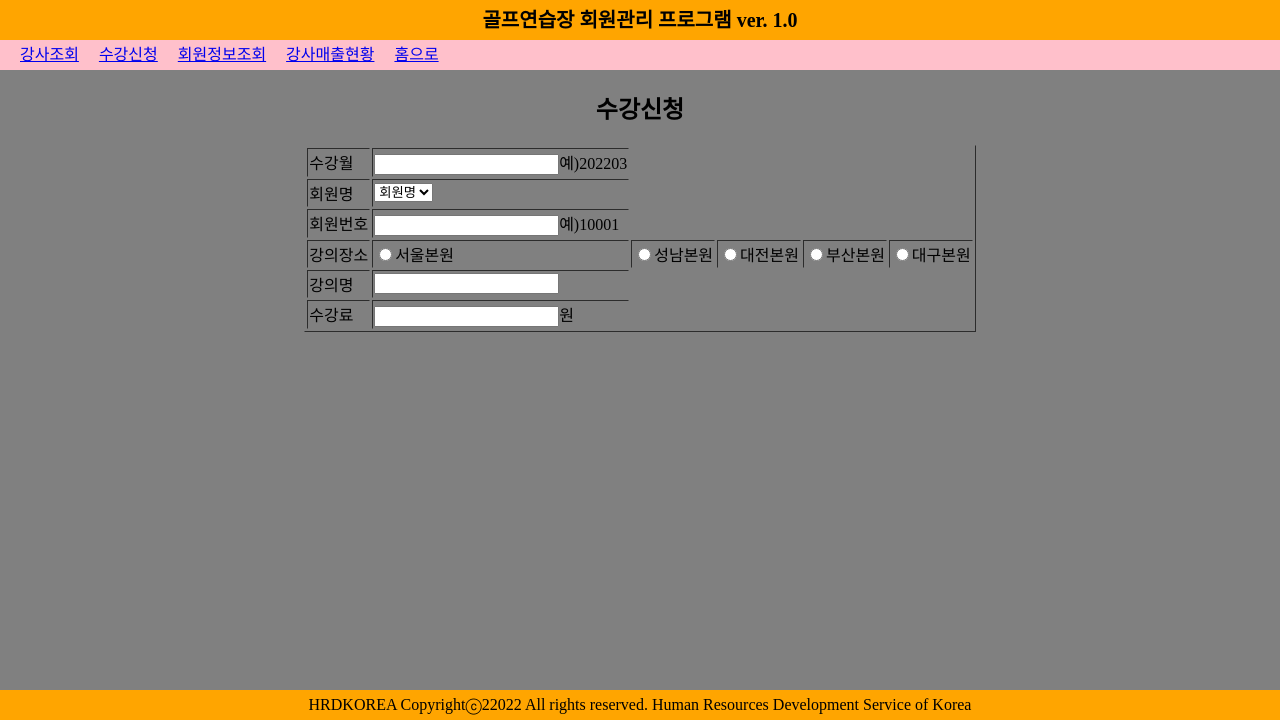
Repository: leesuyeon116/HRD_3
Page: http://localhost/HRD_0505/insert.jsp
The author's editor kept a copy of each file at every save. The page is drawn from the files as they stood at one save, then again after the next save.
The browser window is 1280 px wide. The pictures show the whole page.
The page is served by Tomcat 9.

Above is the page before, as saved 2024-05-05 09:37:02.

### workspace/HRD_0505/src/main/webapp/insert.jsp
<%@ page language="java" contentType="text/html; charset=UTF-8"
    pageEncoding="UTF-8"%>
<!DOCTYPE html>
<html>
<head>
<meta charset="UTF-8">
<title>insert</title>
</head>
<body>
<jsp:include page="header.jsp"></jsp:include>
<section style="position: fixed; top: 70px; left: 0px; width: 100%; height: 100%; background-color: gray">
<h2 style="text-align: center">수강신청</h2>
	<form style="display: flex; align-items: center; justify-content: center">
		<table border="1">
			<tr>
				<td>수강월</td>
				<td><input type="text" name="regist_month">예)202203</td>
			</tr>

			<tr>
				<td>회원명</td>
					<td>
						<select name="c_name">
							<option value="">회원명</option>
							<option value="1">홍길동</option>
							<option value="2">장발장</option>
							<option value="3">임꺽정</option>
							<option value="4">성춘향</option>
							<option value="5">이몽룡</option>
						</select>
					</td>
			</tr>

			<tr>
				<td>회원번호</td>
				<td><input type="text" name="c_no">예)10001</td>
			</tr>

			<tr>
				<td>강의장소</td>
					<td><input type="radio" name="class_area" value="1">서울본원</td>
					<td><input type="radio" name="class_area" value="2">성남본원</td>
					<td><input type="radio" name="class_area" value="3">대전본원</td>
					<td><input type="radio" name="class_area" value="4">부산본원</td>
					<td><input type="radio" name="class_area" value="5">대구본원</td>
			</tr>

			<tr>
				<td>강의명</td>
				<td><input type="text" name="class_name"></td>
			</tr>

			<tr>
				<td>수강료</td>
				<td><input type="text" name="class_price">원</td>
			</tr>

		</table>
	</form>

</section>

<jsp:include page="footer.jsp"></jsp:include>
</body>
</html>

### workspace/HRD_0505/src/main/webapp/header.jsp
<%@ page language="java" contentType="text/html; charset=UTF-8"
    pageEncoding="UTF-8"%>
<!DOCTYPE html>
<html>
<head>
<meta charset="UTF-8">
<title>header</title>
</head>
<body>
<header style="position: fixed; top: 0px; left: 0px; width: 100%; height: 40px; line-height: 40px; background-color: orange;
	text-align: center; font-size: 20px">
<b>골프연습장 회원관리 프로그램 ver. 1.0</b>
</header>

<nav style="position: fixed; top: 40px; left: 0px; width: 100%; height: 30px; line-height: 30px; background-color: pink;
	padding-left: 20px">
	<a href="tlist.jsp">강사조회</a> &nbsp; &nbsp;
	<a href="insert.jsp">수강신청</a> &nbsp; &nbsp;
	<a href="mlist.jsp">회원정보조회</a> &nbsp; &nbsp;
	<a href="salary.jsp">강사매출현황</a> &nbsp; &nbsp;
	<a href="index.jsp">홈으로</a> &nbsp; &nbsp;
</nav>
</body>
</html>

### workspace/HRD_0505/src/main/webapp/footer.jsp
<%@ page language="java" contentType="text/html; charset=UTF-8"
    pageEncoding="UTF-8"%>
<!DOCTYPE html>
<html>
<head>
<meta charset="UTF-8">
<title>footer</title>
</head>
<body>
<footer style="position: fixed; bottom: 0px; left: 0px; width: 100%; height: 30px; line-height: 30px; background-color: orange;
	text-align: center">
	HRDKOREA Copyrightⓒ22022 All rights reserved. Human Resources Development Service of Korea
</footer>
</body>
</html>

After the next save:
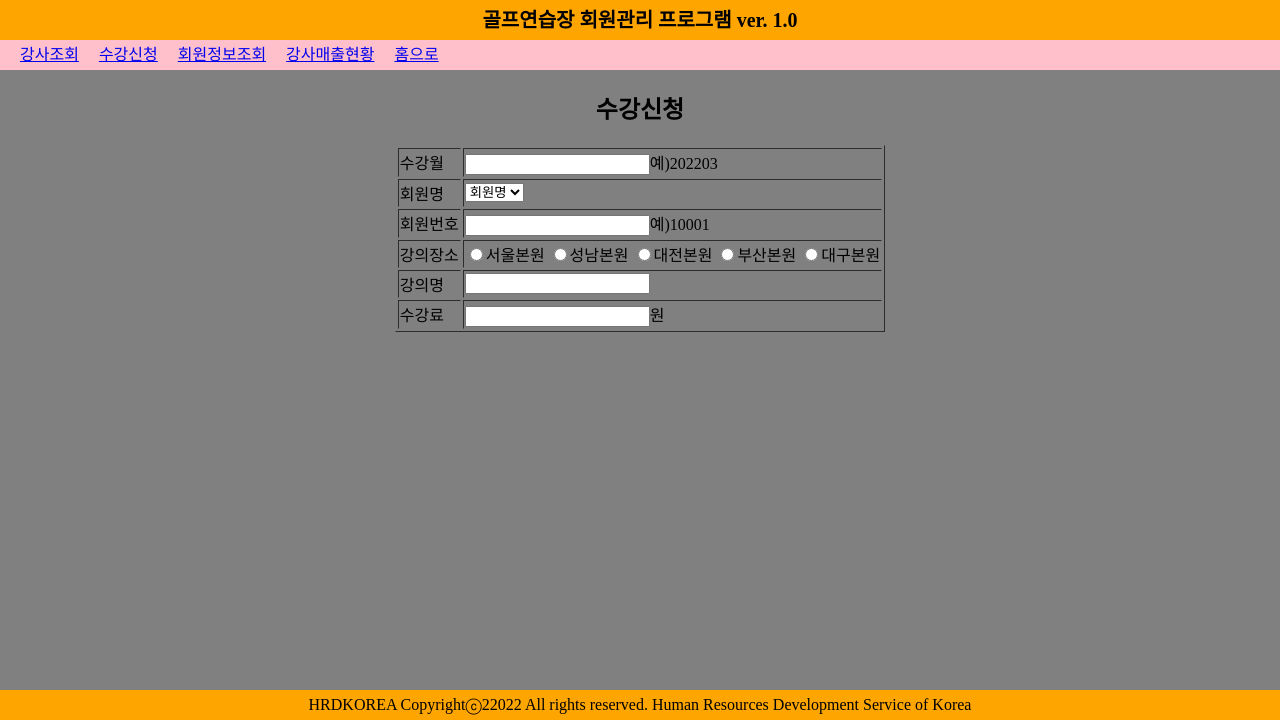
Saved 42 s later.
--- a/workspace/HRD_0505/src/main/webapp/insert.jsp
+++ b/workspace/HRD_0505/src/main/webapp/insert.jsp
@@ -38,11 +38,13 @@
 
 			<tr>
 				<td>강의장소</td>
-					<td><input type="radio" name="class_area" value="1">서울본원</td>
-					<td><input type="radio" name="class_area" value="2">성남본원</td>
-					<td><input type="radio" name="class_area" value="3">대전본원</td>
-					<td><input type="radio" name="class_area" value="4">부산본원</td>
-					<td><input type="radio" name="class_area" value="5">대구본원</td>
+					<td>
+						<input type="radio" name="class_area" value="1">서울본원
+						<input type="radio" name="class_area" value="2">성남본원
+					 	<input type="radio" name="class_area" value="3">대전본원
+						<input type="radio" name="class_area" value="4">부산본원
+						<input type="radio" name="class_area" value="5">대구본원
+					</td>
 			</tr>
 
 			<tr>
